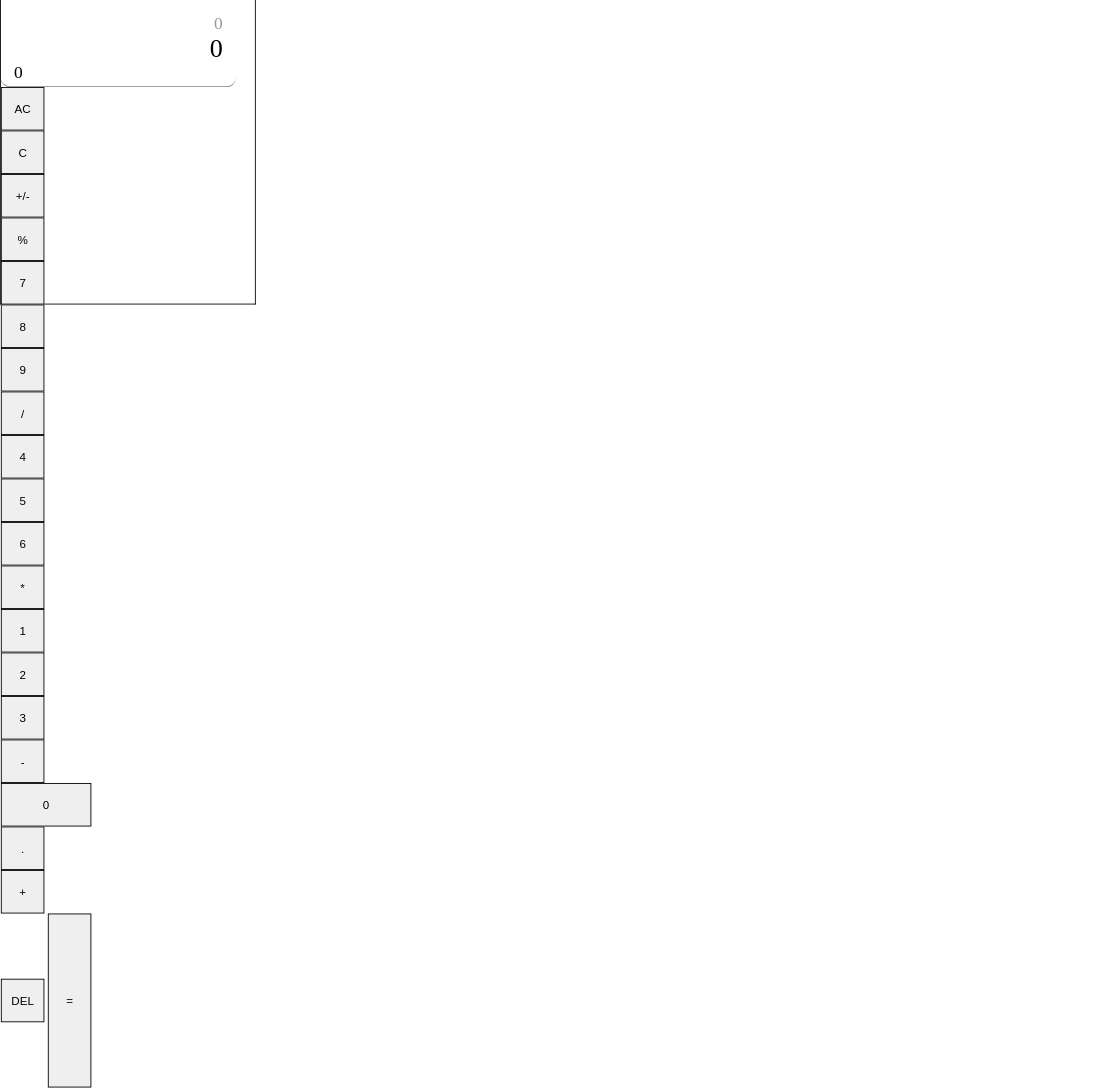
Repository: baziz22/Vanilla_JS_Projects
Page: claculator/index.html
An editor plug-in stored every save of this project. The page is shown before and after the next save, followed by the edit.
The browser window is 1280 px wide. The pictures show the whole page, at 87% of full size.

Above is the page before, as saved 2022-03-02 03:19:30.
Console error: SyntaxError: Malformed arrow function parameter list

### claculator/index.html
<!DOCTYPE html>
<html lang="en">
  <head>
    <meta charset="UTF-8" />
    <meta http-equiv="X-UA-Compatible" content="IE=edge" />
    <meta name="viewport" content="width=device-width, initial-scale=1.0" />
    <link rel="stylesheet" href="style.css" />
    <script src="script.js" defer></script>
    <title>Calculator</title>
  </head>
  <body>
    <div class="container">
      <div class="wrapper">
        <div id="display">
          <div id="equation">0</div>
          <div id="total">0</div>
          <div id="temp-result">0</div>
        </div>
        <div id="buttons">
          <div id="left-side">
            <button class="btn" all-clear>AC</button>
          <button class="btn" last-entity-clear>C</button>
          <button class="btn" operation>+/-</button>
          <button class="btn" operation>%</button>
          <button class="btn" number>7</button>
          <button class="btn" number>8</button>
          <button class="btn" number>9</button>
          <button class="btn" operation>/</button>
          <button class="btn" number>4</button>
          <button class="btn" number>5</button>
          <button class="btn" number>6</button>
          <button classs="btn" operation>*</button>
          <button class="btn" number>1</button>
          <button class="btn" number>2</button>
          <button class="btn" number>3</button>
          <button class="btn" operation">-</button>
          <button class="btn" number id="btn-0">0</button>
          <button class="btn" number dot>.</button>
          <button class="btn" operation>+</button>
          </div>

          <div id="right-side">
            <button class="btn" operation>DEL</button>
            <button class="btn" equal id="equals">=</button>
          </div>












        </div>
      </div>
    </div>
  </body>
</html>

### claculator/style.css
* {
  margin: 0;
  padding: 0;
  box-sizing: border-box;
}
.wrapper {
  border: 1px solid black;
  border-top: 10px;
  width: 294px;
  height: 350px;
}
#buttons {
  display: inline-block;
}
#left-side {
  width: 100px;
  align-items: left;
}
#right-side {
  align-items: right;
}
button {
  border: 0.25px solid black;
  width: 50px;
  height: 50px;
}
#equals {
  height: 200px;
}
#btn-0 {
  width: 104px;
}
#display {
  padding: 15px;
  width: 270px;
  height: 100px;
  text-align: right;
  border-bottom: 1px solid gray;
  border-radius: 10px;
}
#equation {
  opacity: 0.4;
  font-size: 20px;
  /* overflow: hidden; */
}
#total {
  font-size: 30px;
}
#temp-result {
  font-size: 20px;
  text-align: left;
}

### claculator/script.js
const output = document.getElementById('output');
const total = document.getElementById('total');
const reset = document.getElementById('ac');
const btn = document.querySelectorAll('.btn');
const operants = ['=', '+', '-', '*', '/'];
const equalOperation = '=';
function clear() {}
function digitDelete() {}
const operantValue = function (arg, operant) {
  let theOperant = '';
  //console.log('args: ', arg);
  operant.forEach((element, i) => {
    //console.log(i + '. ' + element);
    //console.log('opernat: ', operant);
    if (operant[i] === arg[0]) {
      console.log('this is the operant', operant[i]);
      theOperant = operant[i];
    }
  });
  return theOperant;
};

function appendNumber(d) {
  let digits = [];
  let saveOperants = [];
  let saveDigits = [];
  let outputContents = '';
  console.log('print: ', d);
  if (d.value !== equalOperation) {
    digits.push(d.value);
    let g = operantValue(digits, operants);
    console.log('g: ', g);
    //console.log('digits: ', digits);
    output.innerHTML += digits;
    if (d.value !== g) {
      outputContents += output.textContent;
      console.log(outputContents);
      //saveOutputDigit = outputContents;
      //console.log('s: ',saveOutputDigit);
      out = outputContents.concat();
      console.log('out: ', out);
    }
    if (d.value === g) {
      outputContents = '';
      //saveOutputDigit = '';
      saveOperants.push(g);
      saveDigits.push(Number(out));
      console.log('2. OutputContents: ', out);
      console.log('saveDigits: ', saveDigits);
      //reset outputContent\
      console.log('saveOperants: ', saveOperants);
      //operantValue(digits, operants);
    }
  } else {
    compute();
  }
}
function chooseOperation(operation) {}
function compute() {
  console.log('Final Result');
}
function updateDisplay() {}
let out = '';
let saveOutputDigit = '';


  btn.forEach(element => {
    element.addEventListener('click', appendNumber(element) => {element.value});
  });

After the next save:
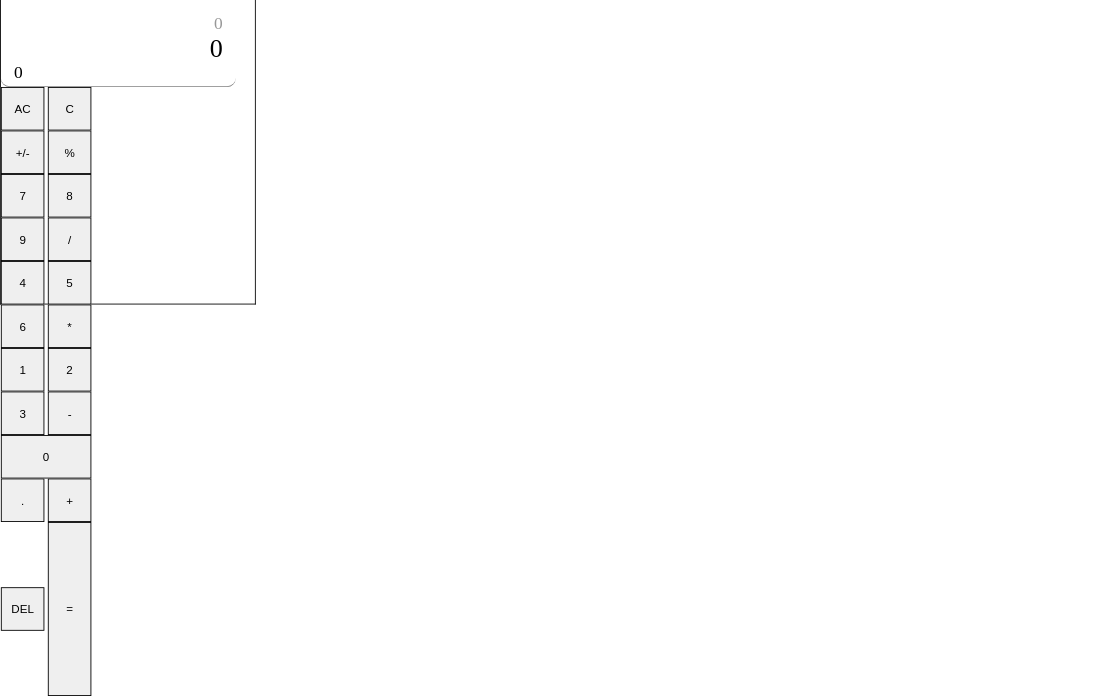
Saved 4 s later.
--- a/claculator/style.css
+++ b/claculator/style.css
@@ -13,7 +13,7 @@
   display: inline-block;
 }
 #left-side {
-  width: 100px;
+  width: 140px;
   align-items: left;
 }
 #right-side {

After the save that followed:
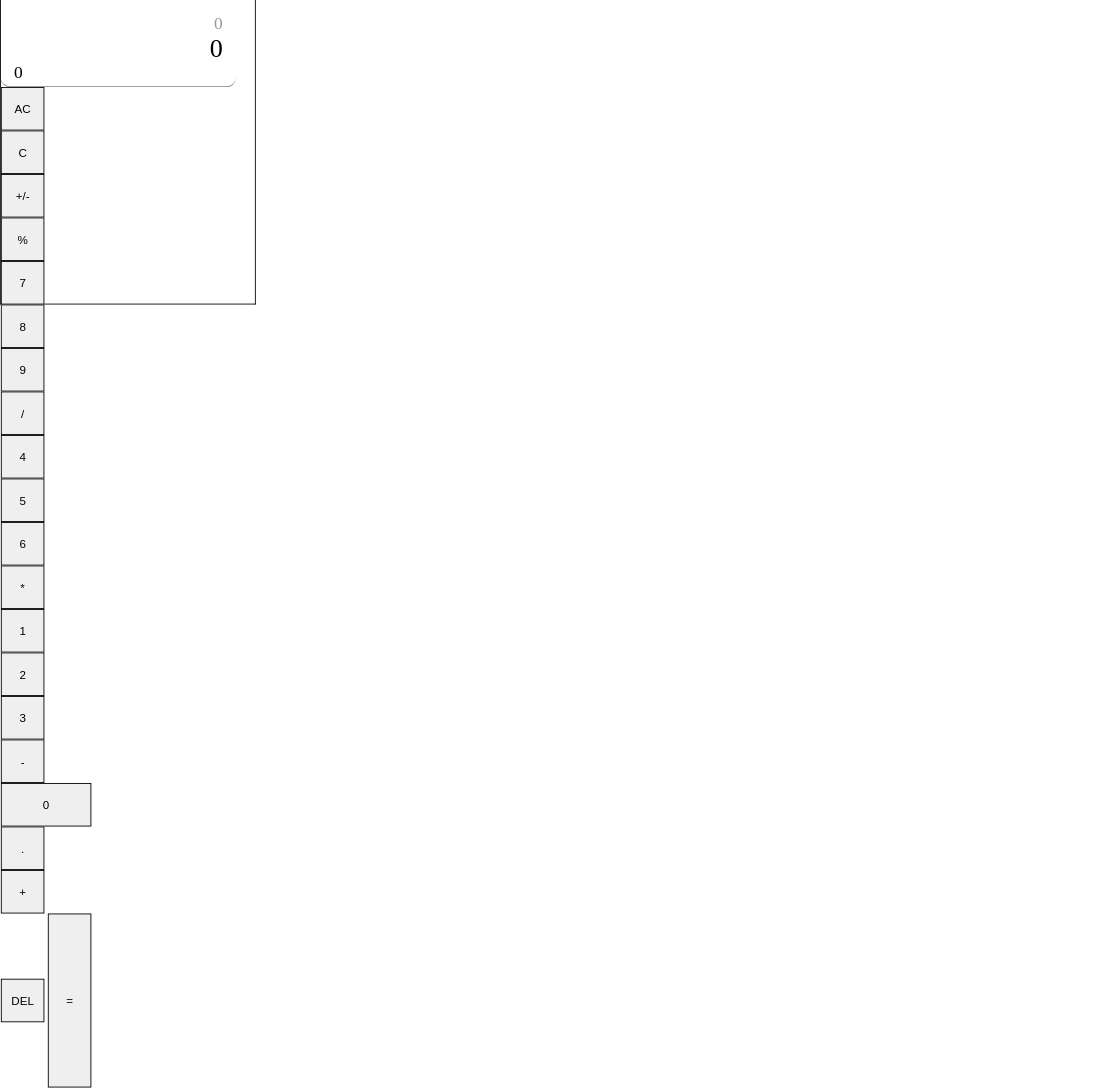
Saved 12 s later.
--- a/claculator/style.css
+++ b/claculator/style.css
@@ -13,7 +13,7 @@
   display: inline-block;
 }
 #left-side {
-  width: 140px;
+  width: 100px;
   align-items: left;
 }
 #right-side {
